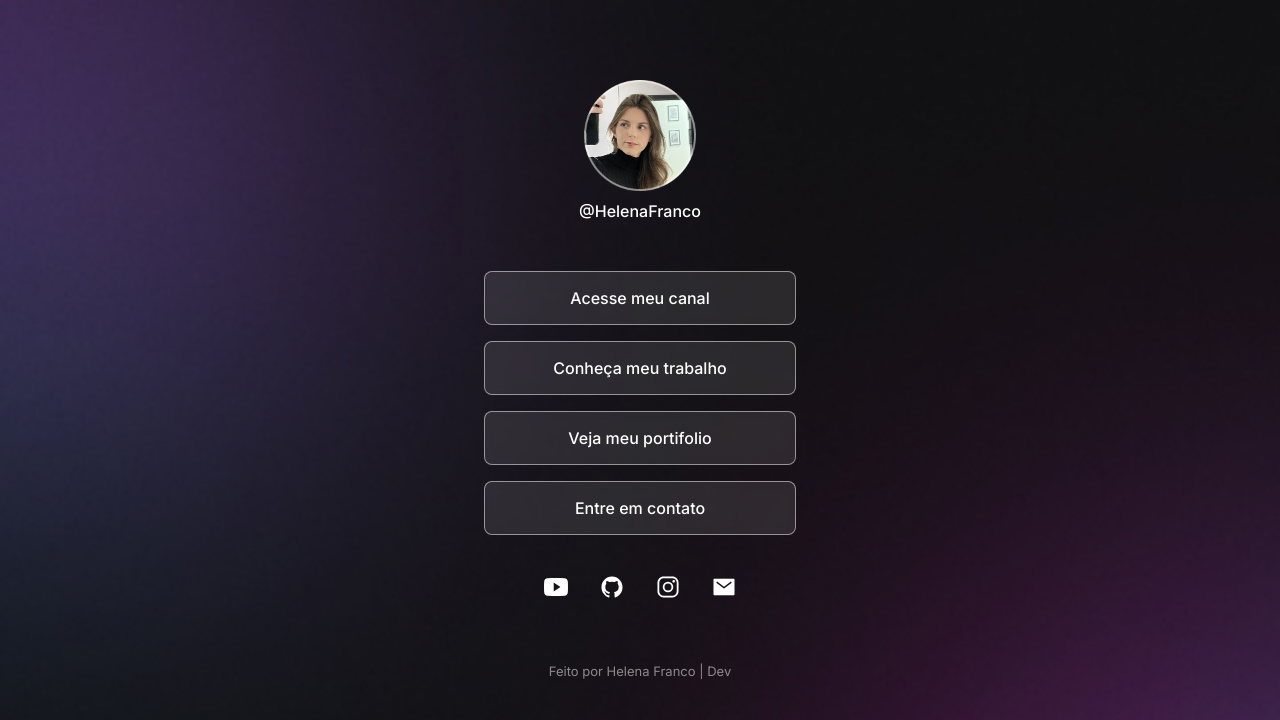
Repository: Fr4nc021/Pagina-de-links-
Page: index.html
The author's editor kept a copy of each file at every save. The page is drawn from the files as they stood at one save, then again after the next save.
The browser window is 1280 px wide. The pictures show the whole page.

Above is the page before, as saved 2025-02-13 20:46:23.

### index.html
<!DOCTYPE html>
<html lang="pt-br">
<head>
    <link rel="preconnect" href="https://fonts.googleapis.com">
    <link rel="preconnect" href="https://fonts.gstatic.com" crossorigin>
    <link href="https://fonts.googleapis.com/css2?family=Inter:ital,opsz,wght@0,14..32,100..900;1,14..32,100..900&display=swap" rel="stylesheet">
    <meta charset="UTF-8">
    <meta name="viewport" content="width=device-width, initial-scale=1.0">
    <title>DevLinks</title>
    <link rel="stylesheet" href="style.css">
</head>
<body>
    <div id="container">
    <div id="profile">
    <img
        src="./assets/avatar.png"
        alt="Foto da Helena Franco sorrindo">
        <p>@HelenaFranco</p>
    </div>
    <div>
        <ul>
            <li>
                <a href="#" target="_blank">Acesse meu canal</a>
            </li>
            <li>
                <a href="#" target="_blank">Conheça meu trabalho</a>
            </li>
            <li>
                <a href="#" target="_blank">Veja meu portifolio</a>
            </li>
            <li>
                <a href="#" target="_blank">Entre em contato</a>
            </li>
        </ul>
    </div>
        <div id="social-links">
            <a href="https://www.youtube.com/@FR4NC021" target="_blank">
            <ion-icon name="logo-youtube"></ion-icon></a>

            <a href="https://github.com/Fr4nc021" target="_blank">
            <ion-icon name="logo-github"></ion-icon></a>

            <a href="https://www.instagram.com/h.franco__/" target="_blank">
            <ion-icon name="logo-instagram"></ion-icon></a>

            <a href="https://w.app/doczx7" target="_blank">
            <ion-icon name="mail-sharp"></ion-icon></a>
        </div>

        <footer>
            Feito por Helena Franco | Dev
        </footer>
    </div>
    <script
    type="module"
    src="https://unpkg.com/ionicons@7.1.0/dist/ionicons/ionicons.esm.js" ></script>
<script
nomodule
src = "https://unpkg.com/ionicons@7.1.0/dist/ionicons/ionicons.js" ></script>
</body>
</html>

### style.css
* {
    margin: 0%;
    padding: 0%;
    box-sizing: border-box;
}


body {
background: url(./assets/bg-mobile.jpg) no-repeat top center/cover;
}

body * {
        font-family: "Inter", sans-serif;
        color: #ffffff;
      }

#container {
    width: 360px;
    margin: 56px auto 0px;
    padding: 0 24px;
}

#profile img {
    width: 112px;
    display: block;
    margin: auto;

}

#profile {
    text-align: center;
    padding: 24px;
}

#profile p {
    font-weight: 500;
    line-height: 24px;
    margin-top: 8px;
}

/* Links */

ul{
    list-style: none;
    display: flex;
    flex-direction: column;
    gap: 16px;

    padding: 24px 0;
}

ul li a {

        display: flex;
        align-items: center;
        justify-content: center;

        padding: 16px 24px;

        background: rgba(255, 255,255, 0.1);
        border: 1px solid rgba(255, 255, 255, 0.5);
        border-radius: 8px;

        -webkit-backdrop-filter: blur(4px);
        backdrop-filter: blur(4px);

        text-decoration: none;
        font-weight: 500;

        transition: background 0.2s;
    }

    /* pseudo-selector */

    ul li a:hover {
        background: rgba(255, 255, 255, 0.05);
        border: 1.5px solid white;
    }

    #social-links {
        display: flex;
        justify-content: center;

        margin-top: 24px 0;

        font-size:24px;
    }

    #social-links a {
        display: flex;
        align-items: center;
        justify-content: center;
        padding: 16px;

        transition: 0.2s;
        border-radius: 50%;
    }


    #social-links a:hover {
        background: rgba(255, 255, 255, 0.2);
    }

    footer {
        padding: 24px;
        text-align: center;
        margin-top: 24px;
        font-size: small;
        opacity: 0.5;

    }

After the next save:
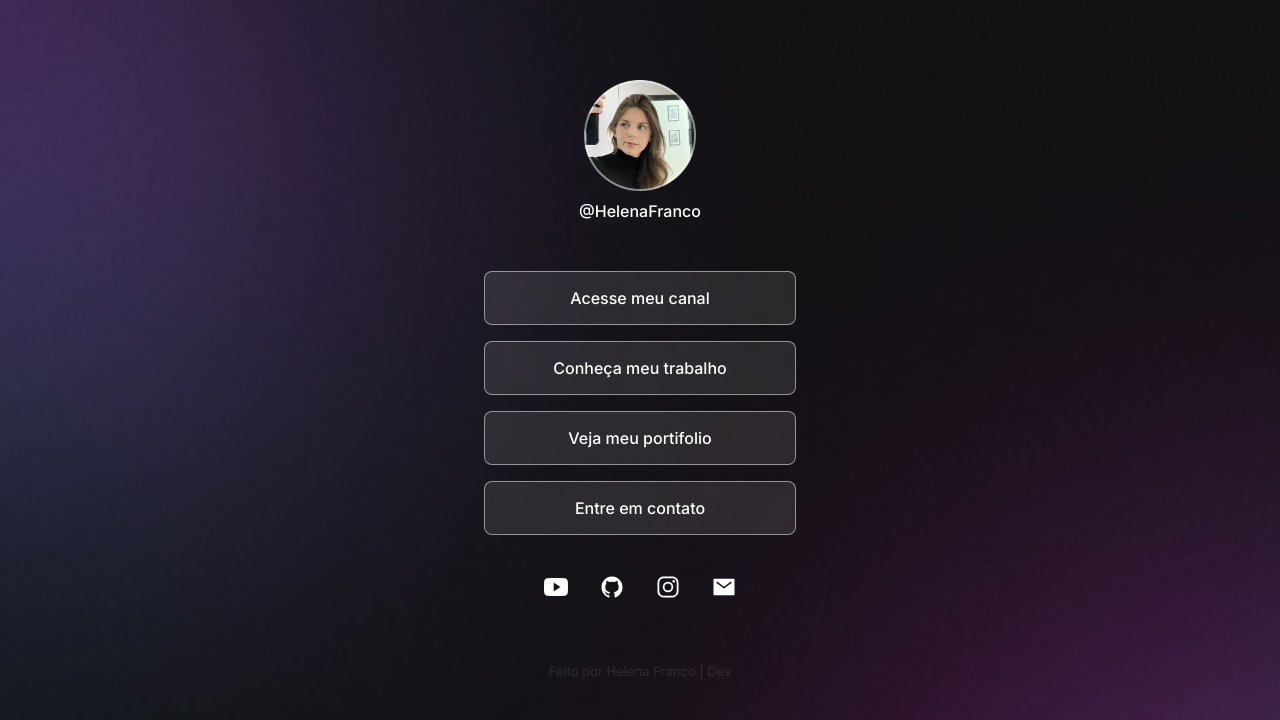
Saved 6 s later.
--- a/style.css
+++ b/style.css
@@ -106,6 +106,6 @@ ul li a {
         text-align: center;
         margin-top: 24px;
         font-size: small;
-        opacity: 0.5;
+        opacity: 0.10;
 
     }
